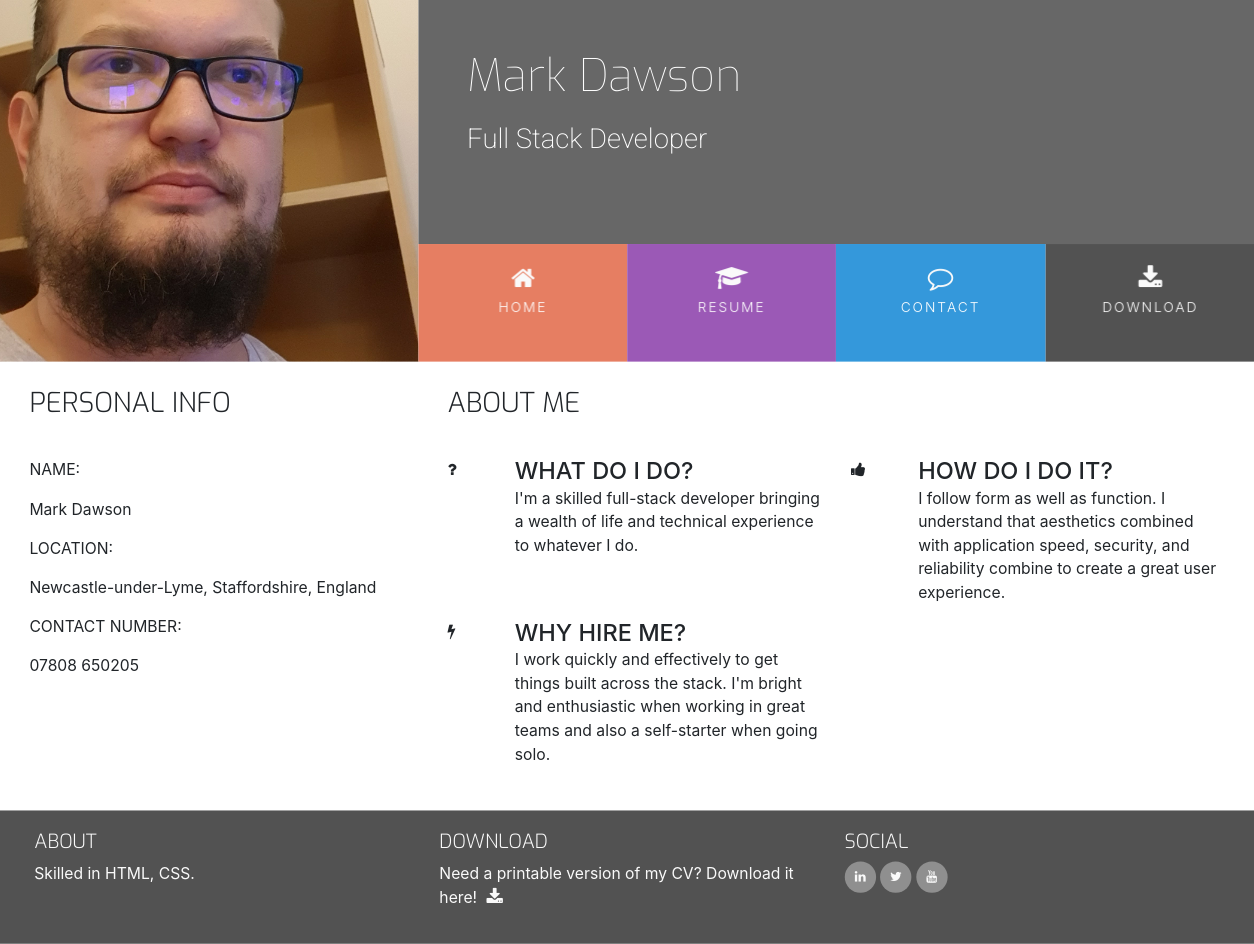
Repository: marcopolomt/resume
Page: index.html
The author's editor kept a record of every edit. The page is drawn from the files as they stood at one moment, then again after the next edit.
The browser window is 1280 px wide. The pictures show the whole page, at 98% of full size.

Above is the page before.

### index.html
<!DOCTYPE html>
<html lang="en">

<head>
    <meta charset="UTF-8">
    <meta name="viewport" content="width=device-width, initial-scale=1.0">
    <meta http-equiv="X-UA-Compatible" content="ie=edge">
    <link rel="stylesheet" href="https://stackpath.bootstrapcdn.com/bootstrap/4.3.1/css/bootstrap.min.css" type="text/css" />
    <link rel="stylesheet" href="https://stackpath.bootstrapcdn.com/font-awesome/4.7.0/css/font-awesome.min.css" type="text/css" />
    <link rel="stylesheet" href="https://cdnjs.cloudflare.com/ajax/libs/hover.css/2.3.1/css/hover-min.css" type="text/css" />
    <link rel="stylesheet" href="assets/css/style.css" type="text/css" />
    <title>Mark</title>
</head>

<body>
    <header>
        <div class="row no-gutters">
            <a href="index.html" class="col-md-4 logo">

            </a>
            <div class="col-md-8">
                <div class="row no-gutters bg-color-name-title">
                    <div class="col heading">
                        <h1 class="name">Mark Dawson</h1>
                        <h2 class="title">Full Stack Developer</h2>
                    </div>
                </div>
                <div class="row no-gutters">
                    <div class="col">
                        <ul id="nav" class="list-inline menucontainer">
                            <li class="col-6 col-sm-3 ui-menu-color-home list-inline-item menuitem">
                                <a href="#" class="hvr-sweep-to-bottom"><i class="fa fa-home" aria-hidden="true"></i><span>Home</span></a>
                            </li>
                            <li class="col-6 col-sm-3 ui-menu-color-resume list-inline-item menuitem">
                                <a href="#" class="hvr-sweep-to-bottom"><i class="fa fa-graduation-cap" aria-hidden="true"></i><span>Resume</span></a>
                            </li>
                            <li class="col-6 col-sm-3 ui-menu-color-contact list-inline-item menuitem">
                                <a href="#" class="hvr-sweep-to-bottom"><i class="fa fa-comment-o" aria-hidden="true"></i><span>Contact</span></a>
                            </li>
                            <li class="col-6 col-sm-3 ui-menu-color-download list-inline-item menuitem">
                                <a href="#" class="hvr-sweep-to-bottom"><i class="fa fa-download" aria-hidden="true"></i><span>Download</span></a>
                            </li>
                        </ul>
                    </div>
                </div>
            </div>
        </div>
    </header>
    <section class="container-fluid">
        <div class="row">
            <div class="col-md-4 bg-color-personal-info section-column">
                <div class="row">
                    <div class="col-12">
                        <h3 class="section-heading uppercase">
                            Personal Info
                        </h3>
                    </div>
                </div>
                <div class="personal-info-item">
                    <div class="key">
                        <p class="uppercase">
                            Name:
                        </p>
                    </div>
                    <div class="value">
                        <p>
                            Mark Dawson
                        </p>
                    </div>
                </div>
                <div class="personal-info-item">
                    <div class="key">
                        <p class="uppercase">
                            Location:
                        </p>
                    </div>
                    <div class="value">
                        <p>
                            Newcastle-under-Lyme, Staffordshire, England
                        </p>
                    </div>
                </div>
                <div class="personal-info-item">
                    <div class="key">
                        <p class="uppercase">
                            Contact Number:
                        </p>
                    </div>
                    <div class="value">
                        <p>
                            07808 650205
                        </p>
                    </div>
                </div>
            </div>
            <div class="col-md-8 bg-color-three-reasons section-column">
                <div class="row">
                    <div class="col">
                        <h3 class="section-heading uppercase">About Me</h3>
                    </div>
                </div>
                <div class="row">
                    <div class="col-10 offset-1 offset-sm-0 col-sm-4 col-md-6">
                        <div class="row">
                            <div class="col-2">
                                <i class="three-reasons-icon fa fa-question" aria-hidden="true"></i>
                            </div>
                            <div class="col-10">
                                <h4 class="three-reason-heading uppercase">What do I do?</h4>
                                <p>
                                    I'm a skilled full-stack developer bringing a wealth of life and technical experience to whatever I do.
                                </p>
                            </div>
                        </div>
                    </div>
                                        <div class="col-10 offset-1 offset-sm-0 col-sm-4 col-md-6">
                        <div class="row">
                            <div class="col-2">
                                <i class="three-reasons-icon fa fa-thumbs-up" aria-hidden="true"></i>
                            </div>
                            <div class="col-10">
                                <h4 class="three-reason-heading uppercase">How do I do it?</h4>
                                <p>
                                    I follow form as well as function. I understand that aesthetics combined with application speed, security, and reliability combine to create a great user experience.
                                </p>
                            </div>
                        </div>
                    </div>
                                        <div class="col-10 offset-1 offset-sm-0 col-sm-4 col-md-6">
                        <div class="row">
                            <div class="col-2">
                                <i class="three-reasons-icon fa fa-bolt" aria-hidden="true"></i>
                            </div>
                            <div class="col-10">
                                <h4 class="three-reason-heading uppercase">Why hire me?</h4>
                                <p>
                                    I work quickly and effectively to get things built across the stack. I'm bright and enthusiastic when working in great teams and also a self-starter when going solo.
                                </p>
                            </div>
                        </div>
                    </div>
                </div>
            </div>
        </div>

    </section>
    <footer class="container-fluid">
        <div id="footer-details" class="row">
            <div class="col-sm-4">
                <h5 class="uppercase general-sub">About</h5>
                <p class="inline-block">
                    Skilled in HTML, CSS.
                </p>
            </div>
            <div class="col-sm-4">
                <h5 class="uppercase general-sub">Download</h5>
                <p class="inline-block">
                    Need a printable version of my CV? Download it here!
                    <a href="#" target="_blank" class="cv-pdf">
                        <i class="fa fa-download" aria-hidden="true"></i>
                        <span class="sr-only">Download link</span>
                    </a>
                </p>
            </div>
            <div class="col-sm-4">
                <h5 class="uppercase general-sub">Social</h5>
                <ul class="list-inline social-links">
                    <li class="list-inline-item">
                        <a target="_blank" href="#">
                            <i class="fa fa-linkedin" aria-hidden="true"></i>
                        <span class="sr-only">linked in</span>

                        </a>
                    </li>
                    <li class="list-inline-item">
                        <a target="_blank" href="#">
                            <i class="fa fa-twitter" aria-hidden="true"></i>
                        <span class="sr-only">Twitter</span>
                                                </a>
                    </li>
                            <li class="list-inline-item">
                        <a target="_blank" href="#">
                            <i class="fa fa-youtube" aria-hidden="true"></i>
                        <span class="sr-only">YouTube</span>
                </ul>
            </div>
        </div>

    </footer>

</body>

</html>

### assets/css/style.css
@import url('https://fonts.googleapis.com/css?family=Roboto:100,200,300,400,500,600,700|Exo:100,200,300,400,500,600,700');

/*-------------colours------------- */

.bg-color-name-title {
    background-color: #676767;
}

.bg-color-three-reasons {
    background-color: #fff;
}

.ui-menu-color-home {
    background-color: #e67e62;
}

.ui-menu-color-resume {
    background-color: #9b59b6;
}

.ui-menu-color-contact {
    background-color: #3498db;
}

.ui-menu-color-download {
    background-color: #525252;
}

/*-------------special paddings/margins/text------------- */

h1,
h2,
h3,
h4 {
    margin: 0;

}

.uppercase {
    text-transform: uppercase;
}

.general-sub {
    font-family: "Exo", sans-serif;
    font-weight: 300;
    color: #fafafa;
}

.inline-block {
    display: inline-block;
}

.row-table {
    display: table;
}

.section-column {
    display: table-cell;
    padding: 0 30px 30px;
    float: none;
}

.section-heading {
    font-family: "Exo", sans-serif;
    font-weight: 300;
    margin-top: 25px;
    margin-bottom: 40px;
}
/*-------------heading------------- */

header {
    margin: 0;
}

.heading {
    margin-left: 50px;

}

.logo {
    background: url(../images/me4.png);
    background-position: center;
    background-repeat: no-repeat;
    background-size: cover;
    min-height: 360px;
    transition: all .5s ease-in-out;
    -moz-transition: all .5s ease-in-out;
    -webkit-transition: all .5s ease-in-out;
}

.name {
    font-family: "Exo", sans-serif;
    font-weight: 100;
    font-size: 46px;
    margin-top: 50px;
    color: #fff;
}

.title {
    font-family: "Roboto", sans-serif;
    font-weight: 200;
    font-size: 28px;
    margin-top: 20px;
    margin-bottom: 90px;
    color: #fff;
}

.list-inline-item:not(:last-child) {
    margin: 0;
}

.menucontainer {
    font-size: 0;
}

#nav {
    margin: 0;
}

#nav li {
    font-size: 14px;
    padding: 0;
}

.menuitem {
    height: 120px;
    text-align: center;
    padding: 0;
}

.menuitem a {
    width: 100%;
    text-decoration: none;
    color: #fff;
    height: 120px;
}

.menuitem a i {
    padding-top: 22px;
    display: block;
    color: #fafafa;
    font-size: 26px;
}

.menuitem span {
    display: block;
    width: 100%;
    padding-top: 5px;
    text-align: center;
    text-transform: uppercase;
    font-size: 14px;
    font-weight: 300;
    letter-spacing: 2px;
}

/*-------------hover.css------------- */

.hvr-sweep-to-bottom:before {
    background: rgba(0, 0, 0, 0.2);
    height: 120px;

}

/*-------------footer------------- */

footer {
    background-color: #525252;
    color: #fafafa;
    min-height: 120px;
    margin: 0;
}

.cv-pdf i {
    font-size: 18px;
    color: #fafafa;
    text-align: center;
    padding-left: 5px;
    transition: all 0.35s ease-in-out;
    -moz-transition: all 0.35s ease-in-out;
    -webkit-transition: all 0.35s ease-in-out;
    -o-transition: all 0.35s ease-in-out;
}

.cv-pdf i:hover {
    color: #e84610;
}

.social-links {
    padding-bottom: 15px;

}

.social-links li a i {
    width: 32px;
    height: 32px;
    padding: 12px 0;
    border-radius: 50%;
    font-size: 13px;
    line-height: 7px;
    text-align: center;
    color: #fafafa;
    background: #8f8f8f;
    transition: all 0.35s ease-in-out;
    -moz-transition: all 0.35s ease-in-out;
    -webkit-transition: all 0.35s ease-in-out;
    -o-transition: all 0.35s ease-in-out;
}

.social-links li a i:hover {
    background: #e84610;
}

#footer-details {
    padding: 20px;
}

After the next edit:
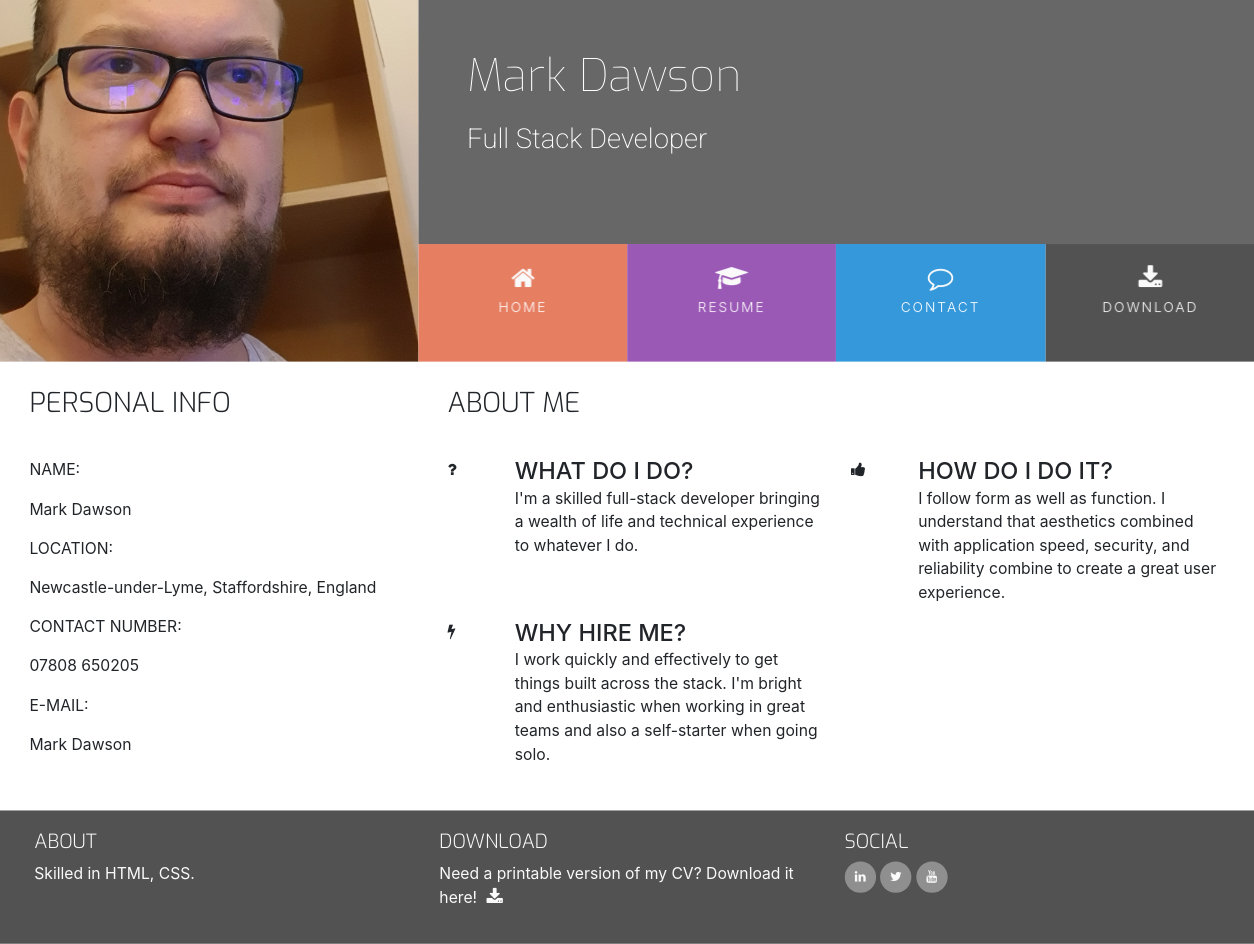
The edit:
--- a/index.html
+++ b/index.html
@@ -89,6 +89,18 @@
                     <div class="value">
                         <p>
                             07808 650205
+                        </p>
+                    </div>
+                </div>
+                <div class="personal-info-item">
+                    <div class="key">
+                        <p class="uppercase">
+                            e-mail:
+                        </p>
+                    </div>
+                    <div class="value">
+                        <p>
+                            Mark Dawson
                         </p>
                     </div>
                 </div>
